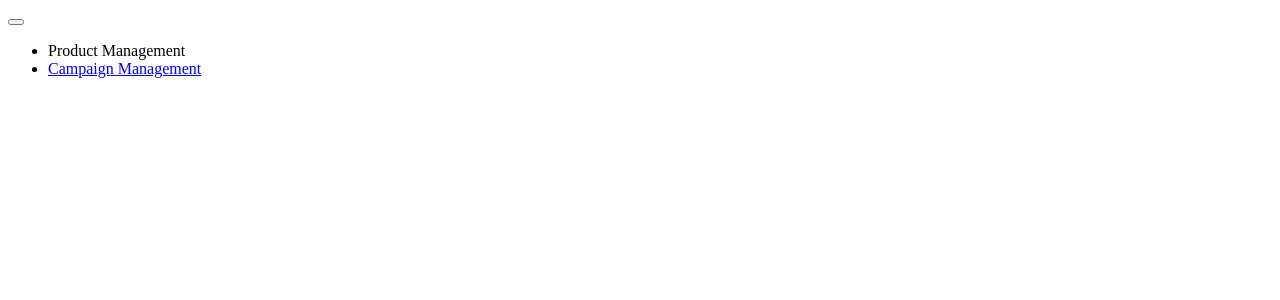
Repository: inglebhavin98/flashsale-management
Page: / (app in flash-commerce/)
An editor plug-in stored every save of this project. The page is shown before and after the next save, followed by the edit.
The browser window is 1280 px wide. The pictures show the whole page.
The project was rebuilt for these pictures with package versions that can differ from the ones it lists, and the page was loaded fresh each time.

Above is the page before, as saved 2022-01-10 13:11:51.

After the next save:
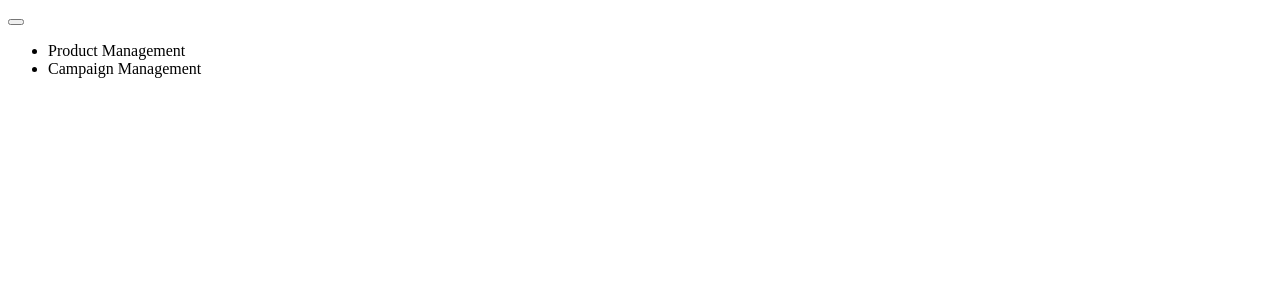
Saved 64 s later.
--- a/flash-commerce/src/components/Header.js
+++ b/flash-commerce/src/components/Header.js
@@ -34,7 +34,11 @@ export const Header = () => {
               </NavLink>
             </NavItem>
             <NavItem>
-              <NavLink href="https://github.com/reactstrap/reactstrap">
+              <NavLink
+                onClick={() => {
+                  console.log("test");
+                }}
+              >
                 Campaign Management
               </NavLink>
             </NavItem>
